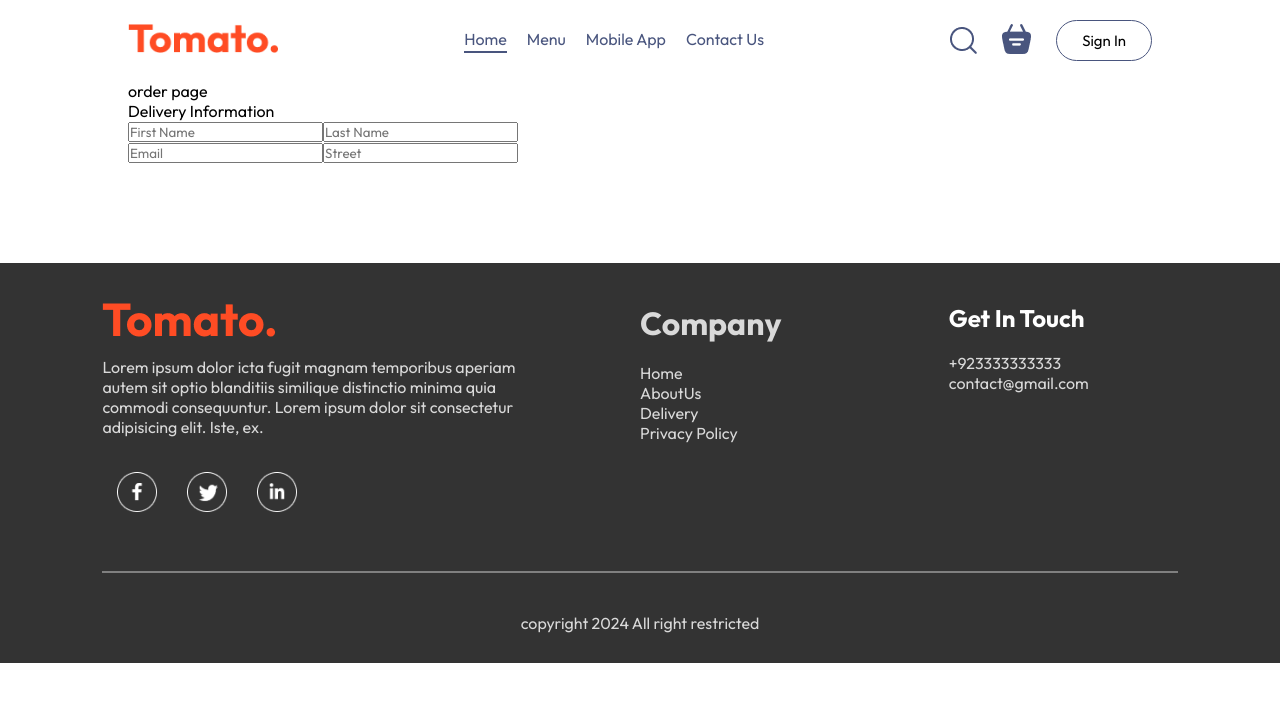
Repository: Attar786/Food-ordering-app
Page: /order (app in frontend/)
An editor plug-in stored every save of this project. The page is shown before and after the next save, followed by the edit.
The browser window is 1280 px wide. The pictures show the whole page.
The project was rebuilt for these pictures with package versions that can differ from the ones it lists, and the page was loaded fresh each time. Also part of the build but not shown: frontend/vite.config.js, frontend/src/components/Header/Header.css, frontend/src/components/Header/Header.jsx, frontend/src/components/ExploreMenu/ExploreMenu.css, frontend/src/components/ExploreMenu/ExploreMenu.jsx, frontend/src/components/FoodDisplay/FoodDisplay.css, frontend/src/components/FoodItem/FoodItem.css, frontend/src/components/FoodItem/FoodItem.jsx and 9 more.

Above is the page before, as saved 2024-07-30 20:32:18.

### frontend/src/main.jsx
import ReactDOM from 'react-dom/client'
import App from './App.jsx'
import './index.css'
import {BrowserRouter} from 'react-router-dom'
import StoreContextProvider from './context/StoreContext.jsx'
ReactDOM.createRoot(document.getElementById('root')).render(
<BrowserRouter>

<StoreContextProvider>
<App />
</StoreContextProvider>

    </BrowserRouter>
)

### frontend/src/App.jsx
import './index.css'
import Navbar from "./components/Navbar/Navbar"
import Home from './pages/Home/Home'
import Cart from './pages/Cart/Cart'
import PlaceOrder from './pages/PlaceOrder/PlaceOrder'
import { Route, Routes } from 'react-router-dom'
import Footer from './components/Footer/Footer'

import LoginPopup from './components/LoginPopup/LoginPopup'
import { useState } from 'react'
function App() {
  const [showLogin, setShowLogin] = useState(false);

  return (
    <>
  {showLogin?<LoginPopup setShowLogin={setShowLogin}/>:<></>}
  <div className='app'>
  <Navbar setShowLogin = {setShowLogin} />
<Routes>
<Route path='/' element={<Home/>}/>
<Route path='/cart' element={<Cart/>}/>
<Route path='/order' element={<PlaceOrder/>}/>
</Routes>
  </div>
  <Footer/>
    </>
  )
}

export default App

### frontend/src/index.css
@import url('https://fonts.googleapis.com/css2?family=Outfit:wght@100..900&display=swap');


*{
margin: 0;
padding: 0;
 box-sizing: border-box;
 font-family: outfit;
 scroll-behavior: smooth;
}
body{
height: 100vh;
}
a{
text-decoration: none;
color : inherit;
}
.app{
    width: 80%;
    margin: auto;
}
@keyframes fadeIn{
    0%{
        opacity: 0;
    }
    100%{
        opacity: 1;
    }
}

### frontend/src/context/StoreContext.jsx
import "./StoreContext.css";
import { createContext,useState } from "react";
import { food_list } from "../assets/assets"; // Ensure this path is correct and food_list is correctly exported

export const StoreContext = createContext(null);

const StoreContextProvider = (props) => {
  const [cartItems, setCartItems] = useState({});

  const addToCart = (itemId) => {
    if (!cartItems[itemId]) {
      setCartItems((prev) => ({ ...prev, [itemId]: 1 }));
    } else {
      setCartItems((prev) => ({ ...prev, [itemId]: prev[itemId] + 1 }));
    }
  };

  const removeFromCart = (itemId) => {
    setCartItems((prev) => {
      const newCount = prev[itemId] - 1;
      if (newCount <= 0) {
        const { [itemId]: _, ...rest } = prev;
        return rest;
      } else {
        return { ...prev, [itemId]: newCount };
      }
    });
  };

  const getTotalCartAmount = () => {
    let totalAmount = 0;
    for (const item in cartItems) {
      if (cartItems[item] > 0) {
        let itemInfo = food_list.find((product)=>product._id === item);
        totalAmount += itemInfo.price * cartItems[item];
      }
    }
    return totalAmount;
  }

  // useEffect(() => {
  //   console.log(cartItems);
  // }, [cartItems]);

  const contextValue = {
    food_list,
    cartItems,
    setCartItems,
    addToCart,
    removeFromCart,
    getTotalCartAmount
  };

  return (
    <StoreContext.Provider value={contextValue}>
      {props.children}
    </StoreContext.Provider>
  );
};

export default StoreContextProvider;

### frontend/src/components/Navbar/Navbar.jsx
import { useContext, useState } from 'react';
import './Navbar.css';
import { assets } from '../../assets/assets';
import { Link } from 'react-router-dom'
import { StoreContext } from '../../context/StoreContext';
const Navbar = ({setShowLogin}) => {
  const [menu, setMenu] = useState("home");
  const { getTotalCartAmount}= useContext(StoreContext);
  const handleMenuClick = (menuItem) => {
    setMenu(menuItem);
  };

  return (
<>
<div className="navbar">
    <Link to='/'> <img src={assets.logo} alt="Logo" className="logo" /></Link>
      <ul className="navbar-menu">
        <Link to='/' onClick={() => handleMenuClick("home")} className={menu === "home" ? "active" : ""}>Home</Link>
        <a href='#explore-menu' onClick={() => handleMenuClick("menu")} className={menu === "menu" ? "active" : ""}>Menu</a>
        <a href='#app-download' onClick={() => handleMenuClick("mobile-app")} className={menu === "mobile-app" ? "active" : ""}>Mobile App</a>
        <a href='#footer' onClick={() => handleMenuClick("contact-us")} className={menu === "contact-us" ? "active" : ""}>Contact Us</a>
      </ul>
      <div className="navbar-right">
        <img src={assets.search_icon} alt="search-icon" />
        <div>
         <Link to='/cart'> <img src={assets.basket_icon} alt="icons" /></Link>
          <div className={getTotalCartAmount()===0?"":"dot" }></div>
        </div>
        <button onClick={()=>setShowLogin(true)} >Sign In</button>

      </div>

    </div>

</>
  );
}


export default Navbar;

### frontend/src/pages/PlaceOrder/PlaceOrder.jsx
import './PlaceOrder.css'
const PlaceOrder = () => {
  return (

<form>order page
  <div className="place-order-left">
    <p className="title">Delivery Information</p>
    <div className="multi-fields">
      <input type="text"  placeholder = "First Name" />
      <input type="text" placeholder = "Last Name" />
    </div>
    <input type='email' placeholder='Email' />
    <input type='email' placeholder='Street' />
    </div>
</form>
  )
}

export default PlaceOrder

### frontend/src/components/Footer/Footer.jsx
import "./Footer.css"
import { assets } from "../../assets/assets"
const Footer = () => {
  return (
    <div className="footer" id="footer">
<div className="footer-content">
    <div className="footer-content-left">
        <img src={assets.logo} alt="fsf" />
    <p>  Lorem ipsum dolor icta fugit magnam temporibus aperiam autem sit optio blanditiis similique distinctio minima quia commodi consequuntur. Lorem ipsum dolor sit consectetur adipisicing elit. Iste, ex.</p>
    <div className="footer-social-icons">
        <img src={assets.facebook_icon} alt="" />
        <img src={assets.twitter_icon} alt="" />
        <img src={assets.linkedin_icon} alt="" />
    </div>

    </div>
    <div className="footer-content-center">
    <h1>Company</h1>
        <ul>
        <li>Home</li>
        <li>AboutUs</li>
        <li>Delivery</li>
        <li>Privacy Policy</li>
        </ul>
    </div>
    <div className="footer-content-right">
        <h2>Get In Touch</h2>
        <ul>
            <li>
                +923333333333
            </li>
            <li>
                contact@gmail.com
            </li>
        </ul>
    </div>
</div>
<hr/>
<p className="footer-copyright">
copyright 2024 All right restricted
</p>

    </div>
  )
}

export default Footer

### frontend/src/assets/assets.js
import basket_icon from './basket_icon.png'
import logo from './logo.png'
import header_img from './header_img.png'
import search_icon from './search_icon.png'
import menu_1 from './menu_1.png'
import menu_2 from './menu_2.png'
import menu_3 from './menu_3.png'
import menu_4 from './menu_4.png'
import menu_5 from './menu_5.png'
import menu_6 from './menu_6.png'
import menu_7 from './menu_7.png'
import menu_8 from './menu_8.png'

import food_1 from './food_1.png'
import food_2 from './food_2.png'
import food_3 from './food_3.png'
import food_4 from './food_4.png'
import food_5 from './food_5.png'
import food_6 from './food_6.png'
import food_7 from './food_7.png'
import food_8 from './food_8.png'
import food_9 from './food_9.png'
import food_10 from './food_10.png'
import food_11 from './food_11.png'
import food_12 from './food_12.png'
import food_13 from './food_13.png'
import food_14 from './food_14.png'
import food_15 from './food_15.png'
import food_16 from './food_16.png'
import food_17 from './food_17.png'
import food_18 from './food_18.png'
import food_19 from './food_19.png'
import food_20 from './food_20.png'
import food_21 from './food_21.png'
import food_22 from './food_22.png'
import food_23 from './food_23.png'
import food_24 from './food_24.png'
import food_25 from './food_25.png'
import food_26 from './food_26.png'
import food_27 from './food_27.png'
import food_28 from './food_28.png'
import food_29 from './food_29.png'
import food_30 from './food_30.png'
import food_31 from './food_31.png'
import food_32 from './food_32.png'

import add_icon_white from './add_icon_white.png'
import add_icon_green from './add_icon_green.png'
import remove_icon_red from './remove_icon_red.png'
import app_store from './app_store.png'
import play_store from './play_store.png'
import linkedin_icon from './linkedin_icon.png'
import facebook_icon from './facebook_icon.png'
import twitter_icon from './twitter_icon.png'
import cross_icon from './cross_icon.png'
import selector_icon from './selector_icon.png'
import rating_starts from './rating_starts.png'
import profile_icon from './profile_icon.png'
import bag_icon from './bag_icon.png'
import logout_icon from './logout_icon.png'
import parcel_icon from './parcel_icon.png'

export const assets = {
    logo,
    basket_icon,
    header_img,
    search_icon,
    rating_starts,
    add_icon_green,
    add_icon_white,
    remove_icon_red,
    app_store,
    play_store,
    linkedin_icon,
    facebook_icon,
    twitter_icon,
    cross_icon,
    selector_icon,
    profile_icon,
    logout_icon,
    bag_icon,
    parcel_icon
}

export const menu_list = [
    {
        menu_name: "Salad",
        menu_image: menu_1
    },
    {
        menu_name: "Rolls",
        menu_image: menu_2
    },
    {
        menu_name: "Deserts",
        menu_image: menu_3
    },
    {
        menu_name: "Sandwich",
        menu_image: menu_4
    },
    {
        menu_name: "Cake",
        menu_image: menu_5
    },
    {
        menu_name: "Pure Veg",
        menu_image: menu_6
    },
    {
        menu_name: "Pasta",
        menu_image: menu_7
    },
    {
        menu_name: "Noodles",
        menu_image: menu_8
    }]

export const food_list = [
    {
        _id: "1",
        name: "Greek salad",
        image: food_1,
        price: 120,
        description: "Food provides essential nutrients for overall health and well-being",
        category: "Salad"
    },
    {
        _id: "2",
        name: "Veg salad",
        image: food_2,
        price: 180,
        description: "Food provides essential nutrients for overall health and well-being",
        category: "Salad"
    }, {
        _id: "3",
        name: "Clover Salad",
        image: food_3,
        price: 160,
        description: "Food provides essential nutrients for overall health and well-being",
        category: "Salad"
    }, {
        _id: "4",
        name: "Chicken Salad",
        image: food_4,
        price: 240,
        description: "Food provides essential nutrients for overall health and well-being",
        category: "Salad"
    }, {
        _id: "5",
        name: "Lasagna Rolls",
        image: food_5,
        price: 350,
        description: "Food provides essential nutrients for overall health and well-being",
        category: "Rolls"
    }, {
        _id: "6",
        name: "Peri Peri Rolls",
        image: food_6,
        price: 400,
        description: "Food provides essential nutrients for overall health and well-being",
        category: "Rolls"
    }, {
        _id: "7",
        name: "Chicken Rolls",
        image: food_7,
        price: 600,
        description: "Food provides essential nutrients for overall health and well-being",
        category: "Rolls"
    }, {
        _id: "8",
        name: "Veg Rolls",
        image: food_8,
        price: 250,
        description: "Food provides essential nutrients for overall health and well-being",
        category: "Rolls"
    }, {
        _id: "9",
        name: "Ripple Ice Cream",
        image: food_9,
        price: 400,
        description: "Food provides essential nutrients for overall health and well-being",
        category: "Deserts"
    }, {
        _id: "10",
        name: "Fruit Ice Cream",
        image: food_10,
        price: 450,
        description: "Food provides essential nutrients for overall health and well-being",
        category: "Deserts"
    }, {
        _id: "11",
        name: "Jar Ice Cream",
        image: food_11,
        price: 1000,
        description: "Food provides essential nutrients for overall health and well-being",
        category: "Deserts"
    }, {
        _id: "12",
        name: "Vanilla Ice Cream",
        image: food_12,
        price: 700,
        description: "Food provides essential nutrients for overall health and well-being",
        category: "Deserts"
    },
    {
        _id: "13",
        name: "Chicken Sandwich",
        image: food_13,
        price: 580,
        description: "Food provides essential nutrients for overall health and well-being",
        category: "Sandwich"
    },
    {
        _id: "14",
        name: "Vegan Sandwich",
        image: food_14,
        price: 400,
        description: "Food provides essential nutrients for overall health and well-being",
        category: "Sandwich"
    }, {
        _id: "15",
        name: "Grilled Sandwich",
        image: food_15,
        price: 900,
        description: "Food provides essential nutrients for overall health and well-being",
        category: "Sandwich"
    }, {
        _id: "16",
        name: "Bread Sandwich",
        image: food_16,
        price: 700,
        description: "Food provides essential nutrients for overall health and well-being",
        category: "Sandwich"
    }, {
        _id: "17",
        name: "Cup Cake",
        image: food_17,
        price: 300,
        description: "Food provides essential nutrients for overall health and well-being",
        category: "Cake"
    }, {
        _id: "18",
        name: "Vegan Cake",
        image: food_18,
        price: 400,
        description: "Food provides essential nutrients for overall health and well-being",
        category: "Cake"
    }, {
        _id: "19",
        name: "Butterscotch Cake",
        image: food_19,
        price: 350,
        description: "Food provides essential nutrients for overall health and well-being",
        category: "Cake"
    }, {
        _id: "20",
        name: "Sliced Cake",
        image: food_20,
        price: 450,
        description: "Food provides essential nutrients for overall health and well-being",
        category: "Cake"
    }, {
        _id: "21",
        name: "Garlic Mushroom ",
        image: food_21,
        price:650,
        description: "Food provides essential nutrients for overall health and well-being",
        category: "Pure Veg"
    }, {
        _id: "22",
        name: "Fried Cauliflower",
        image: food_22,
        price: 800,
        description: "Food provides essential nutrients for overall health and well-being",
        category: "Pure Veg"
    }, {
        _id: "23",
        name: "Mix Veg Pulao",
        image: food_23,
        price: 900,
        description: "Food provides essential nutrients for overall health and well-being",
        category: "Pure Veg"
    }, {
        _id: "24",
        name: "Rice Zucchini",
        image: food_24,
        price: 650,
        description: "Food provides essential nutrients for overall health and well-being",
        category: "Pure Veg"
    },
    {
        _id: "25",
        name: "Cheese Pasta",
        image: food_25,
        price: 1050,
        description: "Food provides essential nutrients for overall health and well-being",
        category: "Pasta"
    },
    {
        _id: "26",
        name: "Tomato Pasta",
        image: food_26,
        price: 950,
        description: "Food provides essential nutrients for overall health and well-being",
        category: "Pasta"
    }, {
        _id: "27",
        name: "Creamy Pasta",
        image: food_27,
        price: 799,
        description: "Food provides essential nutrients for overall health and well-being",
        category: "Pasta"
    }, {
        _id: "28",
        name: "Chicken Pasta",
        image: food_28,
        price: 950,
        description: "Food provides essential nutrients for overall health and well-being",
        category: "Pasta"
    }, {
        _id: "29",
        name: "Buttter Noodles",
        image: food_29,
        price: 350,
        description: "Food provides essential nutrients for overall health and well-being",
        category: "Noodles"
    }, {
        _id: "30",
        name: "Veg Noodles",
        image: food_30,
        price: 250,
        description: "Food provides essential nutrients for overall health and well-being",
        category: "Noodles"
    }, {
        _id: "31",
        name: "Somen Noodles",
        image: food_31,
        price: 300,
        description: "Food provides essential nutrients for overall health and well-being",
        category: "Noodles"
    }, {
        _id: "32",
        name: "Cooked Noodles",
        image: food_32,
        price: 350,
        description: "Food provides essential nutrients for overall health and well-being",
        category: "Noodles"
    }
]

### frontend/src/components/Navbar/Navbar.css
.navbar{
    padding: 20px 0;
    display: flex;
    justify-content: space-between;
    align-items: center;
}
.navbar .logo{
    width: 150px;
}
.navbar-menu{
    display: flex;
    list-style: none;
    gap: 20px;
    font: 18px;
    color: #49557e;
    cursor: pointer;
}
.navbar-right{
    display: flex;
    align-items: center;
    gap: 25px;

}
.navbar button{
    font-size: 15px;
    border: 1px solid #49557e;
    background: transparent;
    padding: 10px 25px;
    cursor: pointer;
    border-radius: 40px;
    transition: 0.3s;
}
.navbar button:hover{
    background-color: #fff4f2;
}
.navbar .navbar-menu .active{
    padding-bottom: 2px;
    border-bottom: 2px solid #49557e;

}
.search-icon{
    position: relative;
}
/* .search-icon .dot{ */
    /* position: absolute;
    top: -5px;
    right: -5px;
    width: 10px;
    height: 10px;
    background-color: blue;
    border-radius: 50%;
} */
.dot {
    position: absolute;
    top: 17px; /* Adjust as needed */
    right: 268px; /* Adjust as needed */
    width: 10px;
    height: 10px;
    background-color: tomato;
    border-radius: 50%;}

    @media (max-width: 1050px)
    {
        .navbar .logo{
            width: 140px;
        }
        .navbar-menu{
            gap: 20px;
            font-size: 17px;
        }
        .nav-right {
            gap: 30px;
        };
        .navbar-right img{
            width: 22px;
        }
        .navbar-right button{
            padding: 8px 25px;
        };

    }

    @media (max-width: 900px)
    {
        .navbar .logo{
            width: 100px;
        }
        .navbar-menu{
            gap: 10px;
            font-size: 16px;
        }
        .Nav-right {
            gap: 20px;
        }
        .navbar-right img{
            width: 17px;

        }
        .navbar-right button{
            padding: 7px 15px;
            font-size: 10px;
        }
    }

    @media (max-width: 750px)
    {

        .navbar-menu{
            display: none;;
        }
    }

### frontend/src/components/Footer/Footer.css
.footer {
    color: #d9d9d9;
    background-color: hsl(0, 0%, 20%);
    display: flex;
    flex-direction: column;
    align-items: center;
    gap: 20px;
    padding: 30px 8vw; /* Fixed padding syntax */
    padding-top: 40px;
    margin-top: 100px;
}

.footer-content {
    width: 100%;
    display: grid;
    grid-template-columns: 2fr 1fr 1fr;
    gap: 80px;
}

.footer-content-left, .footer-content-center, .footer-content-right {
    display: flex;
    flex-direction: column;
    align-items: start;
    gap: 20px;
}

.footer-content-left li, .footer-content-center li, .footer-content-right li {
    list-style: none;
    cursor: pointer;
}
.footer-content-center h2, .footer-content-right h2 {
    color: white;
}
.footer-social-icons img {
width: 40px;
margin: 15px;
}
.footer-social-icons img:hover {
    width: 40px;
    margin: 15px;
    }
.footer hr{
    width: 100%;
    height: 2px;
    margin: 20px 0;
    background-color : gray;
    border: none;
}
@media (max-width: 1050px) {
    .footer-content{
        display: flex;
        flex-direction:column;
        gap: 35px;
    }
    .footer-copyright{
        text-align: center;
}
}

Loaded but not shown: frontend/index.html (common file); frontend/src/context/StoreContext.css (no stored copy; drawn as an empty file); frontend/src/pages/Home/Home.css (no stored copy; drawn as an empty file)

After the next save:
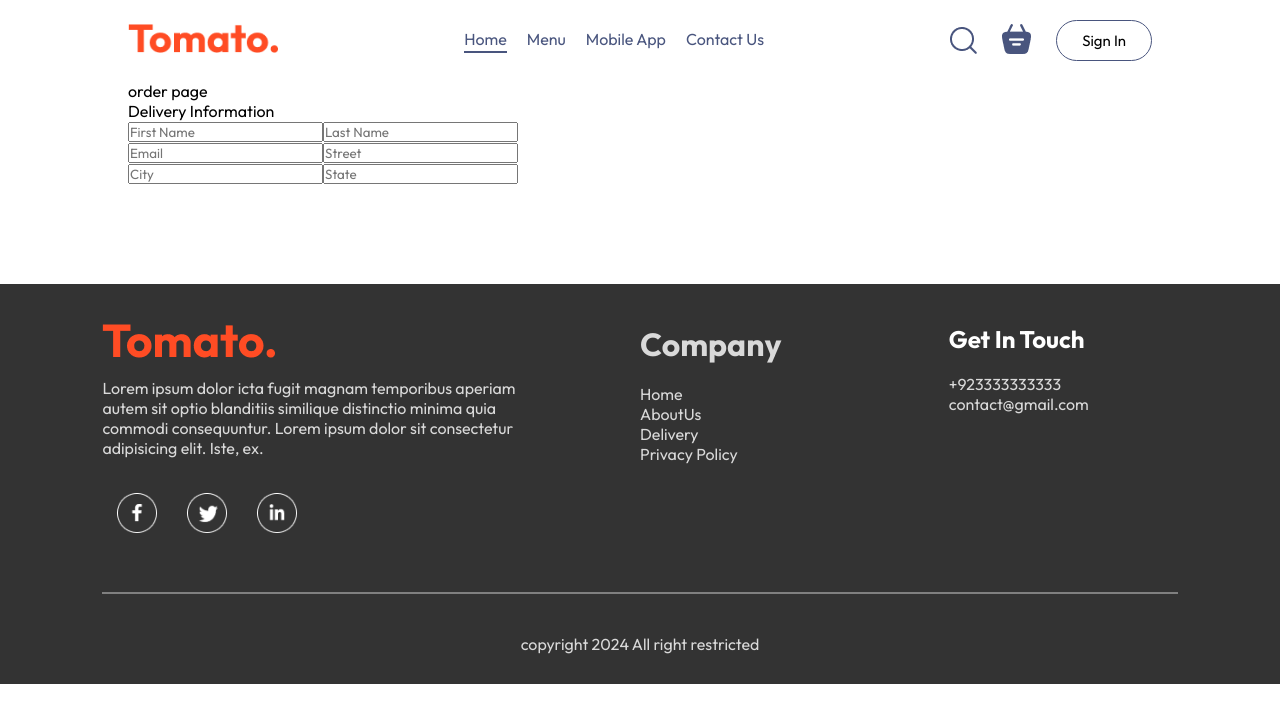
Saved 28 s later.
--- a/frontend/src/pages/PlaceOrder/PlaceOrder.jsx
+++ b/frontend/src/pages/PlaceOrder/PlaceOrder.jsx
@@ -11,6 +11,10 @@ const PlaceOrder = () => {
     </div>
     <input type='email' placeholder='Email' />
     <input type='email' placeholder='Street' />
+    <div className="multi-fields">
+      <input type="text"  placeholder = "City" />
+      <input type="text" placeholder = "State" />
+    </div>
     </div>
 </form>
   )
